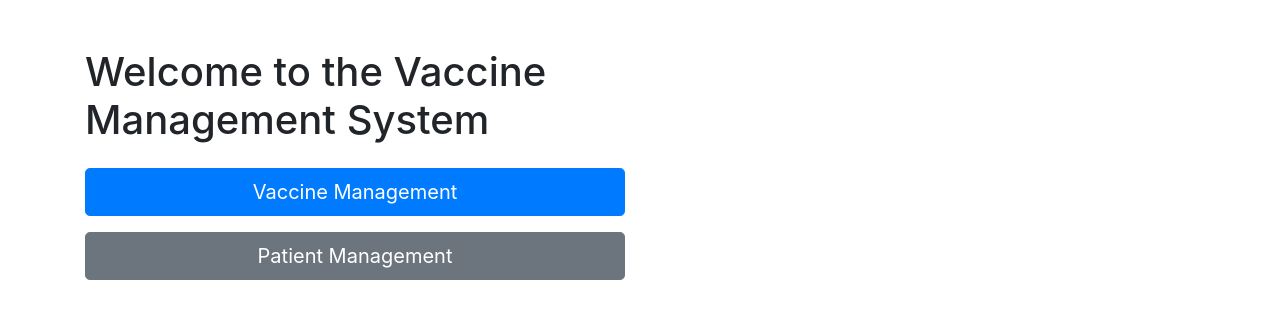
Repository: Thangtran1100/School-Stuff
Page: http://localhost/homework2/MainPage.jsp
An editor plug-in stored every save of this project. The page is shown before and after the next save, followed by the edit.
The browser window is 1280 px wide. The pictures show the whole page.
The page is served by Tomcat 9. Other server files are loaded and not shown.

Above is the page before, as saved 2023-03-30 06:19:48.

### Spring 2023/CS3220/Assignments/3220-hw2-App/homework2/src/main/webapp/MainPage.jsp
<%@ page language="java" contentType="text/html; charset=UTF-8"
	pageEncoding="UTF-8"%>
<!DOCTYPE html>
<html>
<head>
<meta charset="UTF-8">
<title>Main Page</title>
<link rel="stylesheet"
	href="https://maxcdn.bootstrapcdn.com/bootstrap/4.0.0/css/bootstrap.min.css"
	integrity="sha384-Gn5384xqQ1aoWXA+058RXPxPg6fy4IWvTNh0E263XmFcJlSAwiGgFAW/dAiS6JXm"
	crossorigin="anonymous">
</head>
<body>
	<div class="container mt-5">
		<div class="row">
			<div class="col-md-6">
				<h1 class="mb-4">Welcome to the Vaccine Management System</h1>
				<a href="ListVaccine" class="btn btn-primary btn-lg btn-block mb-3">Vaccine
					Management</a> <a href="ListPatient"
					class="btn btn-secondary btn-lg btn-block">Patient Management</a>
			</div>
		</div>
	</div>
</body>
</html>

After the next save:
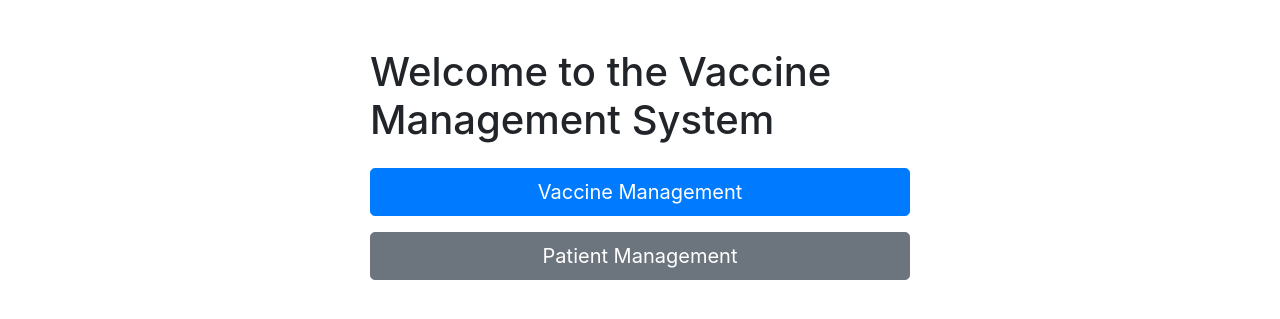
Saved 38 s later.
--- a/Spring 2023/CS3220/Assignments/3220-hw2-App/homework2/src/main/webapp/MainPage.jsp
+++ b/Spring 2023/CS3220/Assignments/3220-hw2-App/homework2/src/main/webapp/MainPage.jsp
@@ -12,7 +12,7 @@
 </head>
 <body>
 	<div class="container mt-5">
-		<div class="row">
+		<div class="row justify-content-center">
 			<div class="col-md-6">
 				<h1 class="mb-4">Welcome to the Vaccine Management System</h1>
 				<a href="ListVaccine" class="btn btn-primary btn-lg btn-block mb-3">Vaccine
